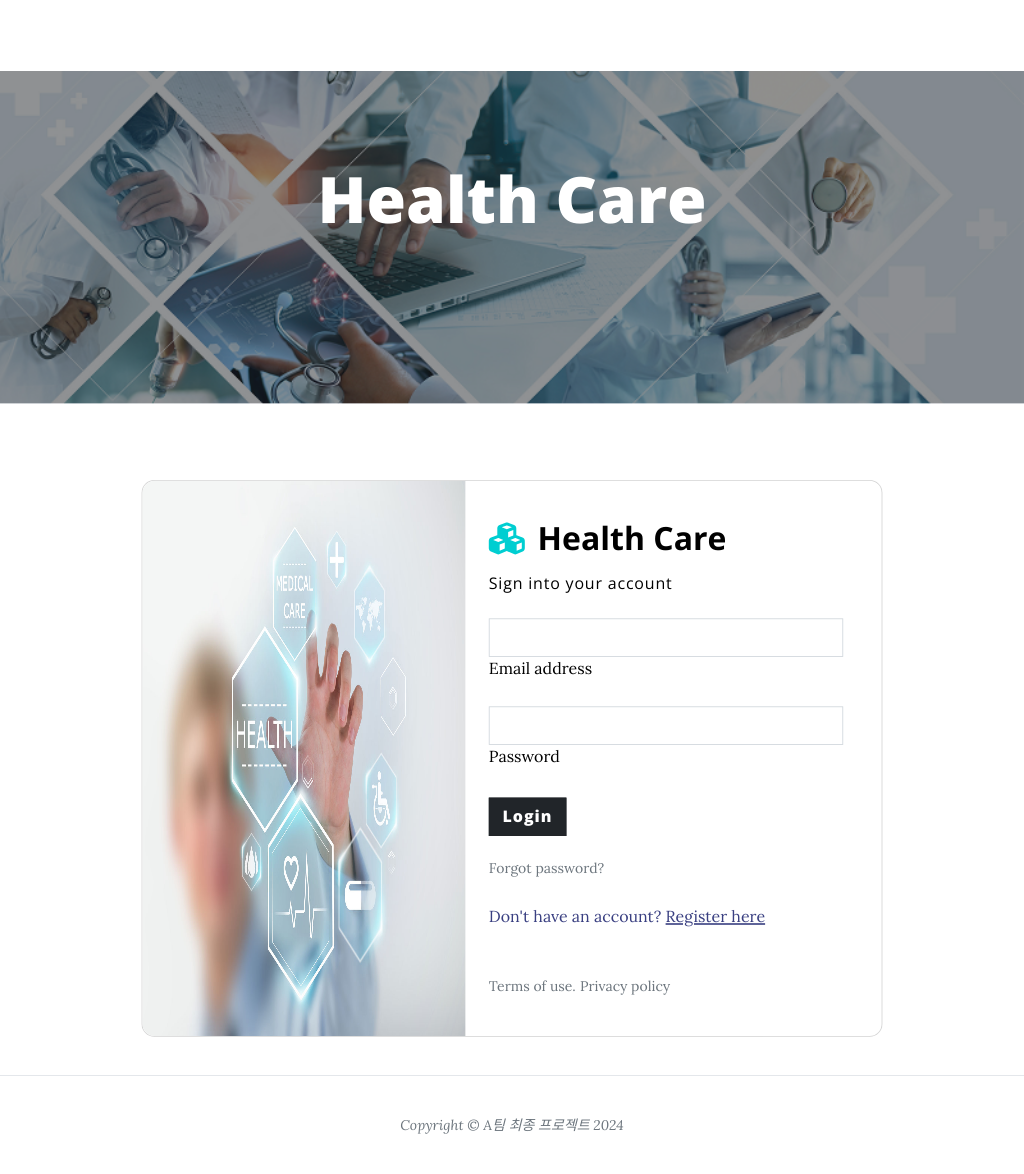
Repository: honsb91/project
Page: http://localhost/hospital/member/login.jsp
An editor plug-in stored every save of this project. The page is shown before and after the next save, followed by the edit.
The browser window is 1280 px wide. The pictures show the whole page, at 80% of full size.
Some web libraries are served in a nearby version. The page is served by Tomcat 9. Nobody is signed in. The application's start-up code is not run.

Above is the page before, as saved 2024-01-26 01:10:12.

After the next save:
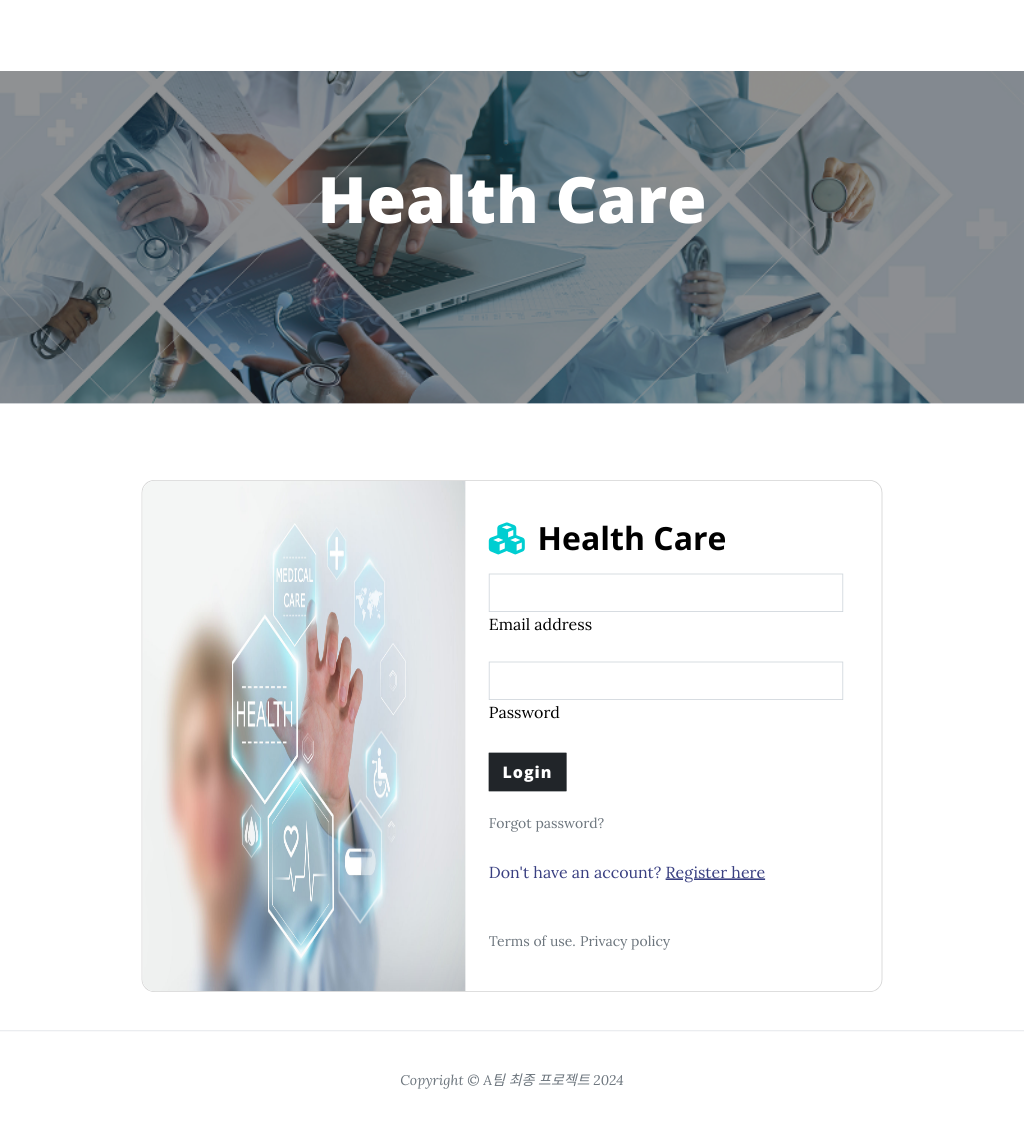
Saved 6 min 43 s later.
--- a/hospital/src/main/webapp/member/login.jsp
+++ b/hospital/src/main/webapp/member/login.jsp
@@ -25,9 +25,6 @@
                     <i class="fas fa-cubes fa-2x me-3" style="color: #00ced1;"></i>
                     <span class="h1 fw-bold mb-0">Health Care</span>
                   </div>
-
-                  <h5 class="fw-normal mb-3 pb-3" style="letter-spacing: 1px;">Sign into your account</h5>
-
                   <div class="form-outline mb-4">
                     <input type="email" id="form2Example17" class="form-control form-control-lg" />
                     <label class="form-label" for="form2Example17">Email address</label>
